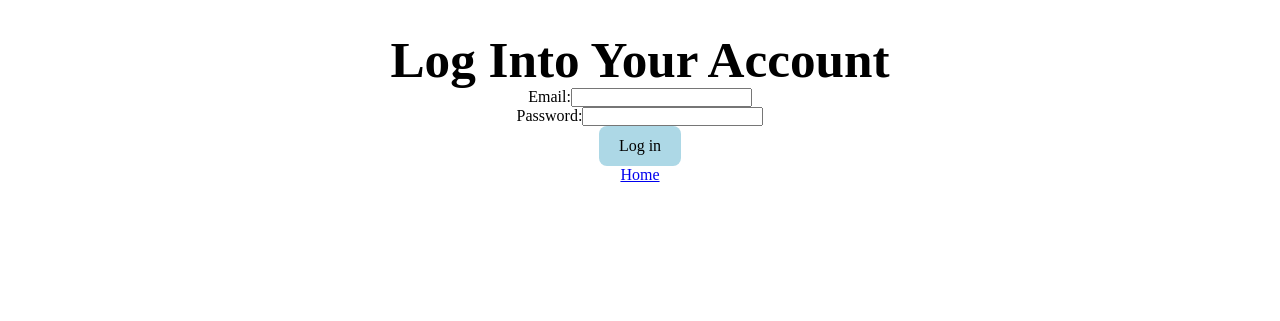
Repository: Andres513/CapStone
Page: /login
The author's editor kept a copy of each file at every save. The page is drawn from the files as they stood at one save, then again after the next save.
The browser window is 1280 px wide. The pictures show the whole page.
The project was rebuilt for these pictures with package versions that can differ from the ones it lists, and the page was loaded fresh each time. Also part of the build but not shown: vite.config.js, src/components/FetchProducts.jsx, src/components/SingleProduct.jsx.

Above is the page before, as saved 2024-04-01 19:36:33.

### src/App.jsx
import { useState } from 'react'
import FetchProducts from './components/FetchProducts'
import './App.css'
import { Routes, Route } from 'react-router-dom'
import Login from './components/Login'
import SingleProduct from './components/SingleProduct'

function App() {
const [ token, setToken ] = useState(null)
const [ email, setEmail ] = useState('')
const [ password, setPassword ] = useState('')


const handleSetState=(newToken)=>{
    setToken(newToken)
}
  return (
    <>
    <Routes>
      <Route path="/login" element={<Login token={token} setToken={handleSetState} email={email} setEmail={setEmail} password={password} setPassword={setPassword}/>}/>
      <Route path="/" element={<FetchProducts token={token}/>}/>
      <Route path="/products/:id" element={<SingleProduct token={token}/>}/>
    </Routes>
    </>
  )
}

export default App

### src/index.css

* {
  margin: 0;
  padding: 0;
  box-sizing: border-box;
}
h1 {
  font-size: 3.2em;
  line-height: 1.1;
}
h2 {
  padding-bottom: 100px;
}
img {
  width: 250px;
  height: 400px;
}
.single-product > img {
  height: 100%;
  width: 100%;
  padding-top: 50px;
  padding-bottom: 50px;
}
.items-container {
  display: grid;
  grid-template-columns: repeat(auto-fill, minmax(200px, 1fr));
  grid-gap: 100px;
}
button {
  border-radius: 8px;
  border: 1px solid transparent;
  padding: 0.6em 1.2em;
  font-size: 1em;
  font-weight: 500;
  font-family: inherit;
  background-color: lightblue;
  cursor: pointer;
  transition: border-color 0.25s;
}
button:hover {
  border-color: #646cff;
}
button:focus,
button:focus-visible {
  outline: 4px auto -webkit-focus-ring-color;
}

### src/components/Login.jsx
import { useState, useEffect, useRef } from "react"
import { Link } from "react-router-dom"

export default function Login({token, setToken}){


    const [ username, setUsername ] = useState('')
    const [ password, setPassword ] = useState('')
    const usernameInputRef = useRef(null);
    const passwordInputRef = useRef(null);

    async function loginUser(event){
        event.preventDefault()
    try {
        const response = await fetch('https://fakestoreapi.com/auth/login', {
            method:'POST',
            headers: {
                'Content-Type': 'application/json',
            },
            body: JSON.stringify({
                username: username,
                password: password
            })
        })
            const result = await response.json()

                console.log(result)
                setToken(result.token)

                 setUsername("");
                 setPassword("");
                 usernameInputRef.current.value = "";
                 passwordInputRef.current.value = "";

    } catch(error) {
        console.error(error)
    }
}
//for testing log in
// username:'johnd',
//password:'m38rmF$',
return (
    <>
    <form className="login" onSubmit={loginUser}>
            <h1>Log Into Your Account</h1>
            <label>Email:
            <input type="username" value={username} onChange={(e) => setUsername(e.target.value)} required ref={usernameInputRef}/>
         </label><br/>
            <label>Password:
            <input type="password" value={password} onChange={(e) => setPassword(e.target.value)} required ref={passwordInputRef}/>
         </label><br/>
         <button>Log in</button><br/>
        </form>

       <Link to="/" token={token}>Home</Link>
    </>
)
}

Loaded but not shown: index.html (common file); src/main.jsx (common file); src/App.css (common file)

After the next save:
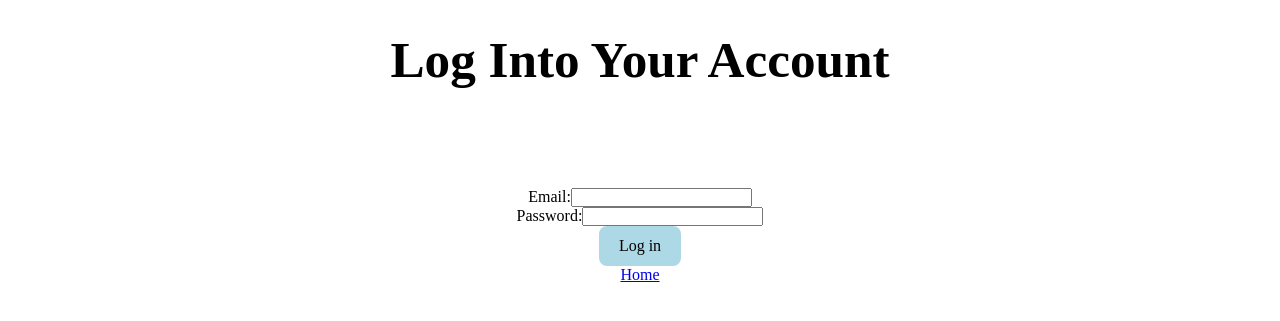
Saved 44 s later.
--- a/src/index.css
+++ b/src/index.css
@@ -7,8 +7,6 @@
 h1 {
   font-size: 3.2em;
   line-height: 1.1;
-}
-h2 {
   padding-bottom: 100px;
 }
 img {
